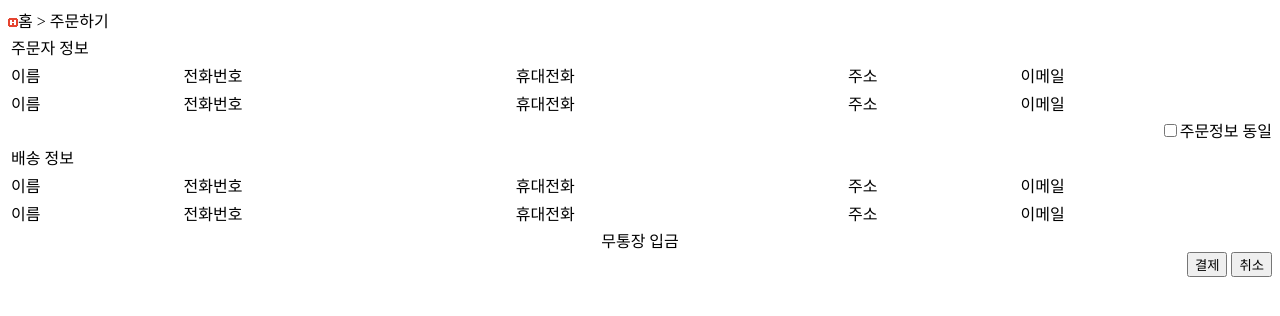
Repository: heeya90/ProjectShoppingMall
Page: http://localhost/ProjectShoppingMall/order/order.jsp
These files come from the project's save history. The page is drawn as it stood at one moment and after the next save; the edit follows.
The browser window is 1280 px wide. The pictures show the whole page.
The page is served by Tomcat 9.

Above is the page before, as saved 2012-07-30 08:43:30.

After the next save:
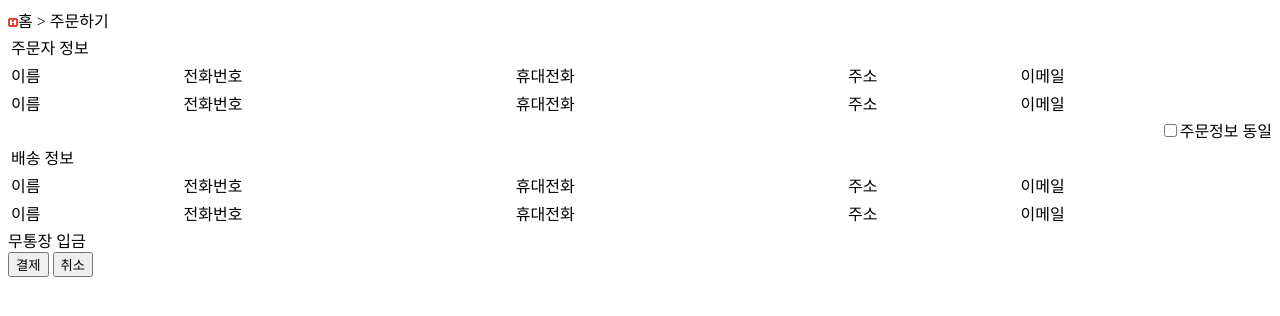
Saved 96 s later.
--- a/ProjectShoppingMall/WebContent/order/order.jsp
+++ b/ProjectShoppingMall/WebContent/order/order.jsp
@@ -70,11 +70,12 @@
 				<label>이메일</label></td>
 		</tr>
 	</table>
-	<div style="text-align:center">
+
+	<div class="jw_div_center">
 		<label>무통장 입금</label>
 	</div>
 
-	<div style="text-align:right">
+	<div class="jw_div_right">
 		<input type="button" value="결제">
 		<input type="button" value="취소">
 	</div>
